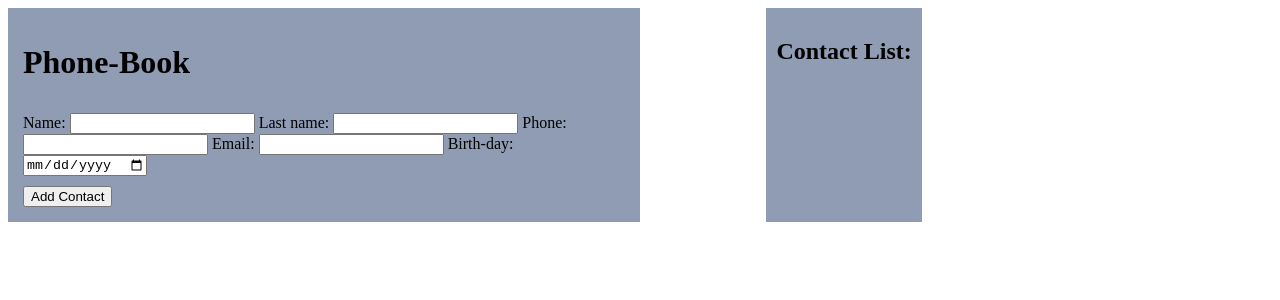
Repository: STA1357/Phone-book
Page: Inner.html
An editor plug-in stored every save of this project. The page is shown before and after the next save, followed by the edit.
The browser window is 1280 px wide. The pictures show the whole page.

Above is the page before, as saved 2020-12-10 11:04:13.

After the next save:
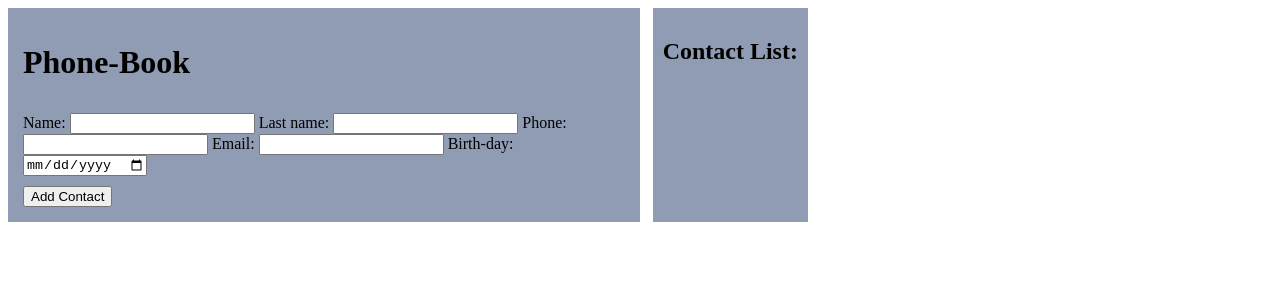
Saved 8 s later.
--- a/styles.css
+++ b/styles.css
@@ -17,7 +17,7 @@ form{
 .list-container{
     background-color: rgb(144, 156, 179);
     padding: 10px;
-    margin-left: 10%;
+    margin-left: 1%;
 }
 
 
